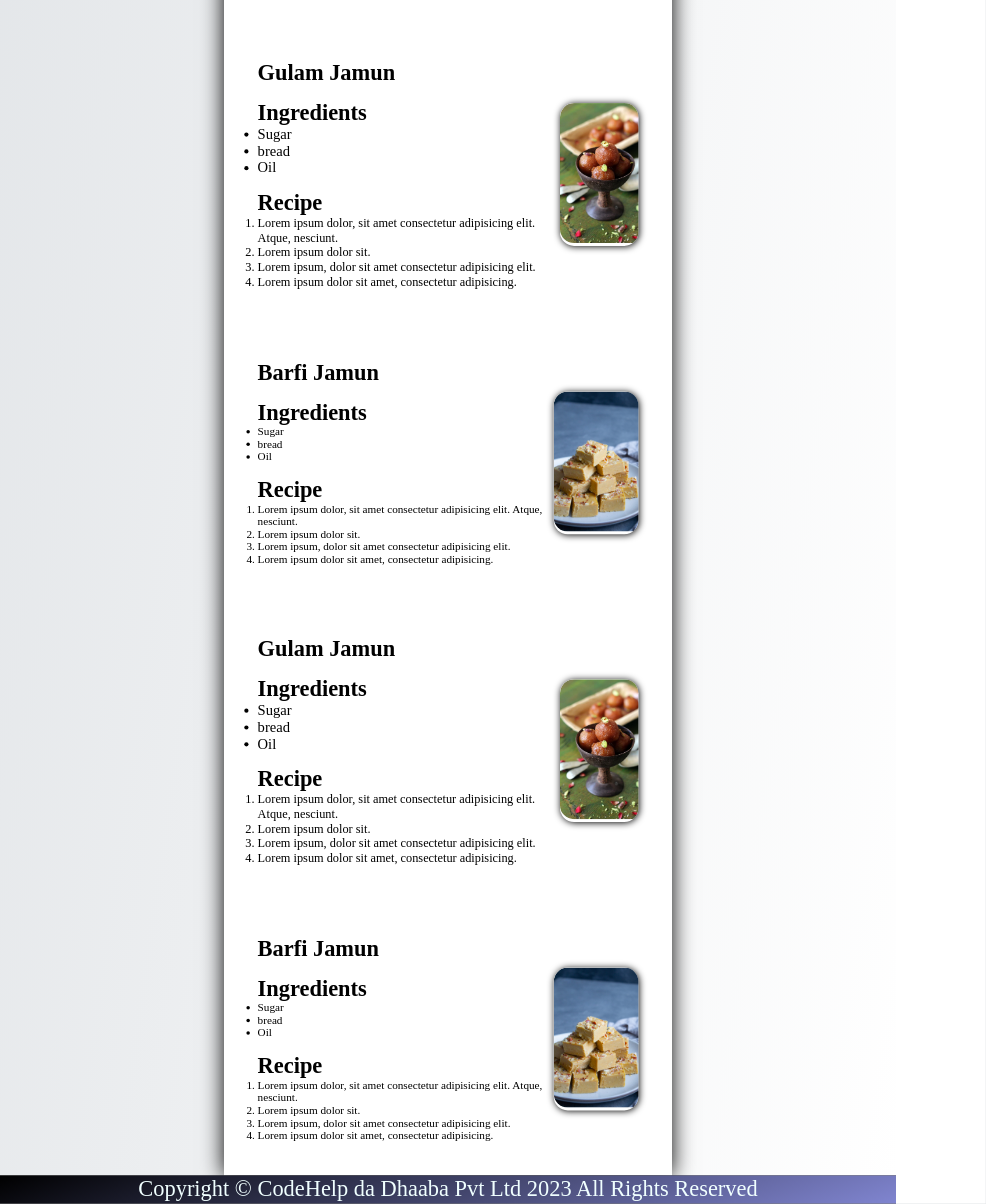
Repository: ssaddamhuss100/Recipe_Html_css
Page: index.html
The author's editor kept a copy of each file at every save. The page is drawn from the files as they stood at one save, then again after a run of saves.
The browser window is 1280 px wide. The page is 1408 px wide, so the pictures cover 1408 px, including what lies to the right of the window. The pictures show the part of the page from y = 815 to 2535 px (the page is 2535 px tall before and 2532 px after), at 70% of full size.

Above is the page before, as saved 2024-12-12 10:50:56.

### index.html
<!DOCTYPE html>
<html lang="en">
<head>
    <meta charset="UTF-8">
    <meta http-equiv="X-UA-Compatible" content="IE=edge">
    <meta name="viewport" content="width=device-width, initial-scale=1.0">
    <title>Codehelp da Dhaaba</title>
    <link rel="stylesheet" href="style.css">
</head>
<body>

    <div class="container">

        <header>
            <div class="navContainer">
                <nav>
                    <ul id="navList">
                        <li>
                            <p id="navLogo">CodeHelp da Dhabba</p>
                        </li>
                        <li>
                            <div id="navItems">
                                <a href="#">Home</a>
                                <a href="#">Contact</a>
                                <a href="#">About</a>
                            </div>
                        </li>
                    </ul>
                </nav>
            </div>
        </header>

        <main>
            <div class="contentBox">
                <!-- item 1  -->
                <section>
                    <div class="item">
                        <div class="leftBox">
                            <!-- heaeding -->
                            <h2>Gulam Jamun</h2>

                            <div>
                                <h2>Ingredients</h2>
                                <ul class="ingBox">
                                    <li>Sugar</li>
                                    <li>bread</li>
                                    <li>Oil</li>
                                </ul>
                            </div>

                            <div>
                                <h2>Recipe</h2>
                                <ol class="recipeBox">
                                    <li>Lorem ipsum dolor, sit amet consectetur adipisicing elit. Atque, nesciunt.</li>
                                    <li>Lorem ipsum dolor sit.</li>
                                    <li>Lorem ipsum, dolor sit amet consectetur adipisicing elit.</li>
                                    <li>Lorem ipsum dolor sit amet, consectetur adipisicing.</li>
                                </ol>
                            </div>



                        </div>

                        <div class="rightBox">
                            <img
                                src="bread-gulab-jamun-recipe.jpg"
                            />
                            <div class="overlay">
                                <span> Click here to Buy</span>
                            </div>
                        </div>
                    </div>
                </section>

                <section>
                    <div class="item">
                        <div class="leftBox">
                            <!-- heaeding -->
                            <h2>Barfi Jamun</h2>

                            <div>
                                <h2>Ingredients</h2>
                                <ul>
                                    <li>Sugar</li>
                                    <li>bread</li>
                                    <li>Oil</li>
                                </ul>
                            </div>

                            <div>
                                <h2>Recipe</h2>
                                <ol>
                                    <li>Lorem ipsum dolor, sit amet consectetur adipisicing elit. Atque, nesciunt.</li>
                                    <li>Lorem ipsum dolor sit.</li>
                                    <li>Lorem ipsum, dolor sit amet consectetur adipisicing elit.</li>
                                    <li>Lorem ipsum dolor sit amet, consectetur adipisicing.</li>
                                </ol>
                            </div>



                        </div>
                        <div class="rightBox">
                            <img
                                src="Magaz-5-of-5-2-960x1440.jpg"
                            />
                        </div>
                    </div>
                </section>

                <section>
                    <div class="item">
                        <div class="leftBox">
                            <!-- heaeding -->
                            <h2>Gulam Jamun</h2>

                            <div>
                                <h2>Ingredients</h2>
                                <ul class="ingBox">
                                    <li>Sugar</li>
                                    <li>bread</li>
                                    <li>Oil</li>
                                </ul>
                            </div>

                            <div>
                                <h2>Recipe</h2>
                                <ol class="recipeBox">
                                    <li>Lorem ipsum dolor, sit amet consectetur adipisicing elit. Atque, nesciunt.</li>
                                    <li>Lorem ipsum dolor sit.</li>
                                    <li>Lorem ipsum, dolor sit amet consectetur adipisicing elit.</li>
                                    <li>Lorem ipsum dolor sit amet, consectetur adipisicing.</li>
                                </ol>
                            </div>



                        </div>

                        <div class="rightBox">
                            <img
                                src="bread-gulab-jamun-recipe.jpg"
                            />
                            <div class="overlay">
                                <span> Click here to Buy</span>
                            </div>
                        </div>
                    </div>
                </section>

                <section>
                    <div class="item">
                        <div class="leftBox">
                            <!-- heaeding -->
                            <h2>Barfi Jamun</h2>

                            <div>
                                <h2>Ingredients</h2>
                                <ul>
                                    <li>Sugar</li>
                                    <li>bread</li>
                                    <li>Oil</li>
                                </ul>
                            </div>

                            <div>
                                <h2>Recipe</h2>
                                <ol>
                                    <li>Lorem ipsum dolor, sit amet consectetur adipisicing elit. Atque, nesciunt.</li>
                                    <li>Lorem ipsum dolor sit.</li>
                                    <li>Lorem ipsum, dolor sit amet consectetur adipisicing elit.</li>
                                    <li>Lorem ipsum dolor sit amet, consectetur adipisicing.</li>
                                </ol>
                            </div>



                        </div>
                        <div class="rightBox">
                            <img
                                src="Magaz-5-of-5-2-960x1440.jpg"
                            />
                        </div>
                    </div>
                </section>

                <section>
                    <div class="item">
                        <div class="leftBox">
                            <!-- heaeding -->
                            <h2>Gulam Jamun</h2>

                            <div>
                                <h2>Ingredients</h2>
                                <ul class="ingBox">
                                    <li>Sugar</li>
                                    <li>bread</li>
                                    <li>Oil</li>
                                </ul>
                            </div>

                            <div>
                                <h2>Recipe</h2>
                                <ol class="recipeBox">
                                    <li>Lorem ipsum dolor, sit amet consectetur adipisicing elit. Atque, nesciunt.</li>
                                    <li>Lorem ipsum dolor sit.</li>
                                    <li>Lorem ipsum, dolor sit amet consectetur adipisicing elit.</li>
                                    <li>Lorem ipsum dolor sit amet, consectetur adipisicing.</li>
                                </ol>
                            </div>



                        </div>

                        <div class="rightBox">
                            <img
                                src="bread-gulab-jamun-recipe.jpg"
                            />
                            <div class="overlay">
                                <span> Click here to Buy</span>
                            </div>
                        </div>
                    </div>
                </section>

                <section>
                    <div class="item">
                        <div class="leftBox">
                            <!-- heaeding -->
                            <h2>Barfi Jamun</h2>

                            <div>
                                <h2>Ingredients</h2>
                                <ul>
                                    <li>Sugar</li>
                                    <li>bread</li>
                                    <li>Oil</li>
                                </ul>
                            </div>

                            <div>
                                <h2>Recipe</h2>
                                <ol>
                                    <li>Lorem ipsum dolor, sit amet consectetur adipisicing elit. Atque, nesciunt.</li>
                                    <li>Lorem ipsum dolor sit.</li>
                                    <li>Lorem ipsum, dolor sit amet consectetur adipisicing elit.</li>
                                    <li>Lorem ipsum dolor sit amet, consectetur adipisicing.</li>
                                </ol>
                            </div>



                        </div>
                        <div class="rightBox">
                            <img
                                src="Magaz-5-of-5-2-960x1440.jpg"
                            />
                        </div>
                    </div>
                </section>
            </div>
        </main>

        <footer>
           <div class="footerBox">
                <p>
                    Copyright  &copy; CodeHelp da Dhaaba Pvt Ltd 2023 All Rights Reserved
                </p>
           </div>
        </footer>


    </div>

</body>
</html>

### style.css
*{
    margin: 0;
    padding: 0;
    box-sizing: border-box;
}
.container{
    height: 100%;
    width: 100%;
    overflow-x: none;
    background-color: #e2e5e8;
    background-image: linear-gradient(98deg, #e2e5e8 0%, #ffffff 100%);

}

.navContainer{
    width: 110vw;
    /* background-color: rgba(113, 113, 154, 0.776);
    */
    background-color: #000000;
   background-image: linear-gradient(160deg, #000000 0%, #8085d0 100%);

    min-height: 30px;
    display: flex;
    justify-content: center;
    align-items: center;
    position: relative;
}
nav{
    width: 70%;
}
#navList{
    width: 90%;
    padding: 1px;

    list-style: none;
    font-size: 1rem;
    display: flex;
    justify-content: space-around;
    align-items: center;
}

#navLogo{
    font-size: 1.5rem;
    color: azure;
}

a{
    text-decoration: none;
    color: azure;
}
#navItems{
    display: flex;
    gap:40px;

}

footer{
    width: 100%;
}

.footerBox{
    background-color: #000000;
    background-image: linear-gradient(160deg, #000000 0%, #8085d0 100%);

    width: 100%;
    text-align: center;
    min-height: 40px;
}

.footerBox p {
    color: azure;
    font-size: 2rem;
}

.contentBox{
    width: 50%;
    margin: auto;
    /* border: 1px solid black; */
    background-color: white;
    display: flex;
    flex-direction: column;
    gap: 100px;
    padding: 3rem;
    box-shadow: 0px 0px 30px black;
}

.item{
    display: flex;
    justify-content: space-around;
    align-items: center;
}

.rightBox{
    position: relative;
    overflow: hidden;
    transition: all 0.3s linear 0s;
    box-shadow: 1px 1px 10px black;
    border-radius: 20px;
}

.rightBox img{
    height: 200px;
    border-radius: 20px;
    transition: all 0.6s linear 0s;
}

.rightBox:hover{
    transform: scale(1.1);
}

.leftBox{
    display: flex;
    flex-direction: column;
    gap: 20px;
}
.leftBox h2{
    font-size: 2rem;
}

.ingBox{
    font-size: 1.3rem;
}

.recipeBox{
    font-size: 1.1rem;
}

.rightBox .overlay{
    position: absolute;
    top: 0;
    left: 0;
    height: 100%;
    width: 100%;
    background-color: rgba(36, 34, 34, 0.713);
    border-radius: 20px;
    display: flex;
    align-items: center;
    justify-content: center;
    opacity: 0;
    transition: all 0.3s linear 0s;
}

.rightBox:hover .overlay{
    opacity: 1;
}

.rightBox .overlay span{
    color: white;
    font-size: 1.2rem;
}

After the next 2 saves:
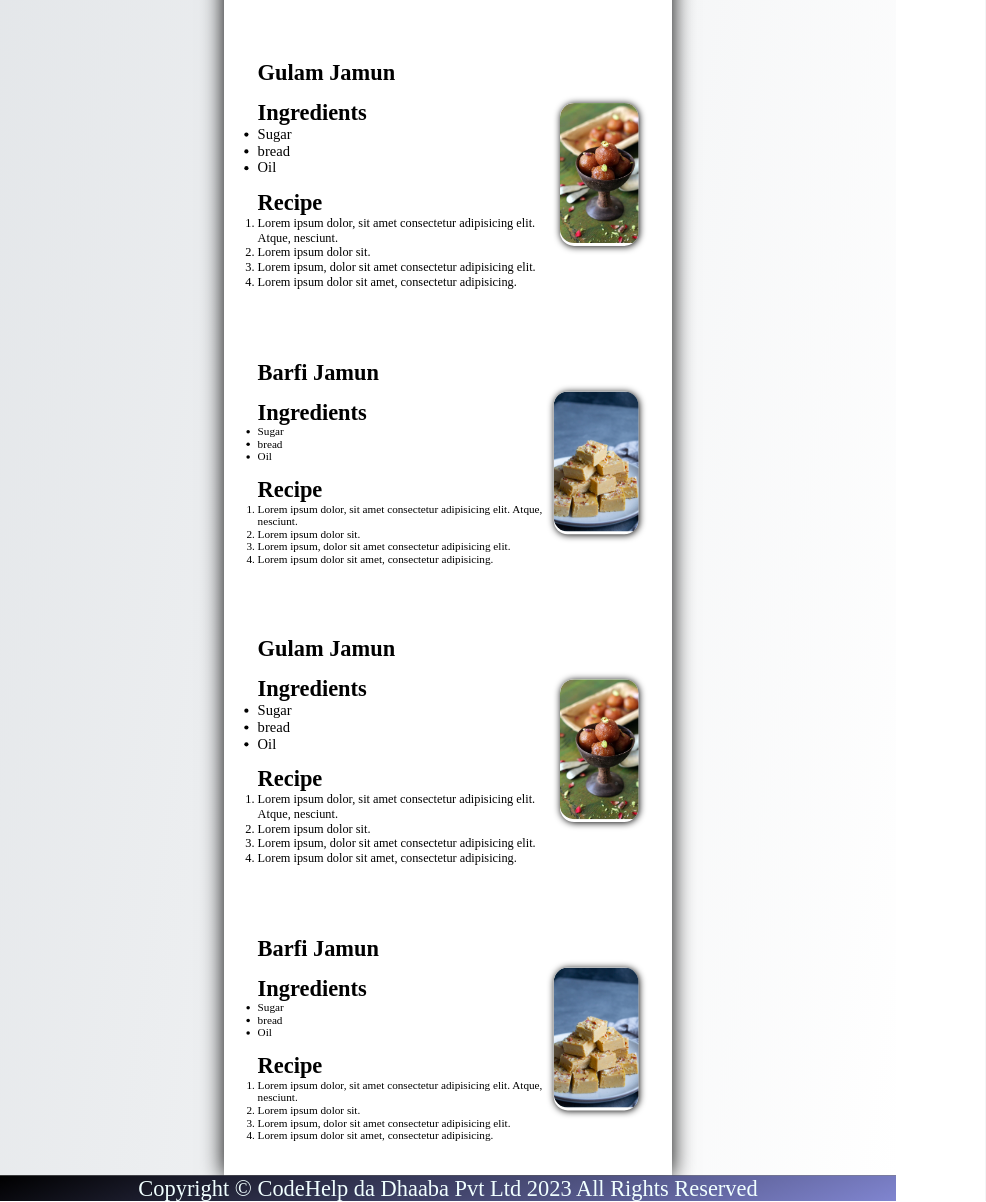
The 2 saves are shown as one change because they came seconds apart.
The last was saved 16 s later.
--- a/style.css
+++ b/style.css
@@ -64,7 +64,7 @@ footer{
 
     width: 100%;
     text-align: center;
-    min-height: 40px;
+    min-height: 10px;
 }
 
 .footerBox p {
